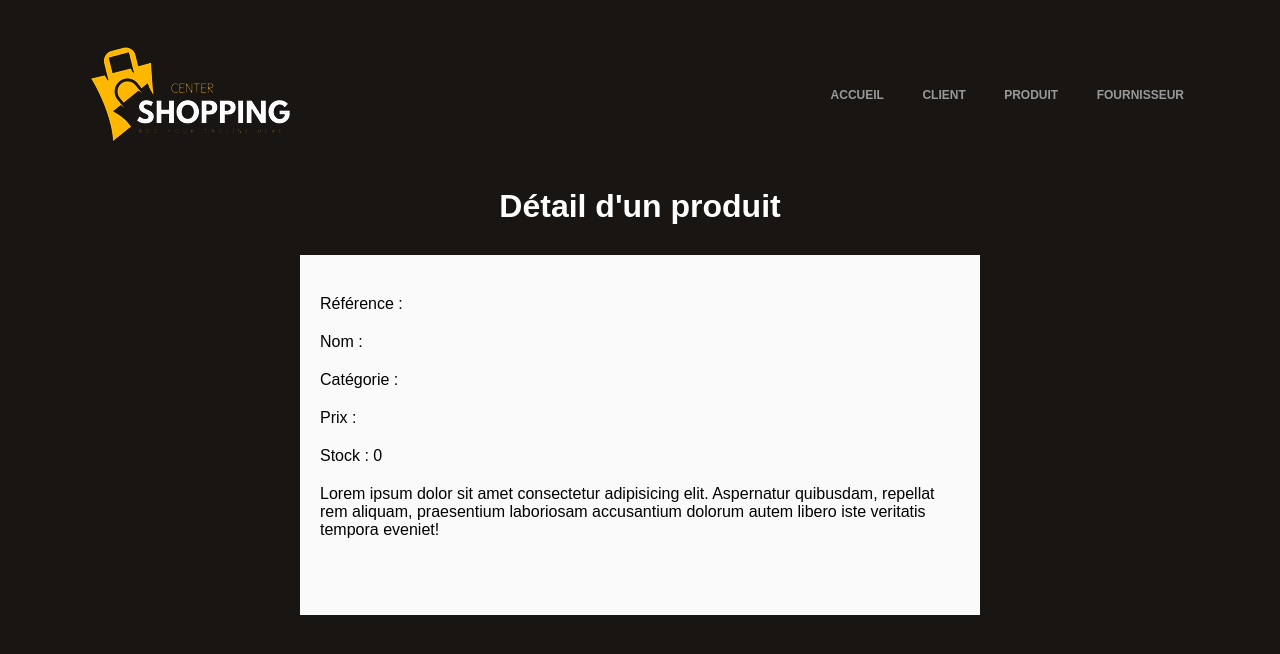
Repository: rayan-stive/e-commerce-symfony
Page: templates/produit/edite.html.twig
An editor plug-in stored every save of this project. The page is shown before and after the next save, followed by the edit.
The browser window is 1280 px wide. The pictures show the whole page.
The page is a Twig template of a Symfony application; nobody is signed in and links lead nowhere. The template is opened directly, without the code that normally fills it, so the values that code supplies are empty.

Above is the page before, as saved 2022-07-08 22:20:43.

After the next save:
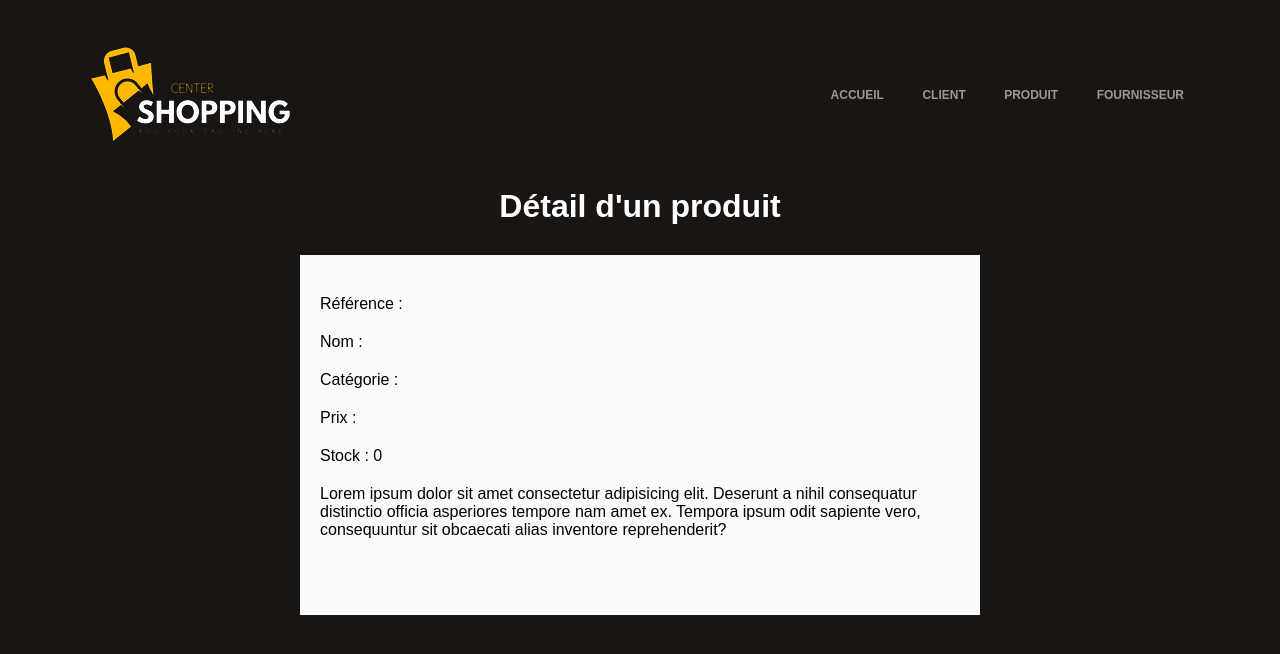
Saved 20 s later.
--- a/templates/produit/edite.html.twig
+++ b/templates/produit/edite.html.twig
@@ -17,7 +17,8 @@
             <p><span> Prix : </span>{{ produit.prix }} </p>
             <p><span> Stock : </span> 0 </p>
             <p>
-                Lorem ipsum dolor sit amet consectetur adipisicing elit. Aspernatur quibusdam, repellat rem aliquam, praesentium laboriosam accusantium dolorum autem libero iste veritatis tempora eveniet!
+                Lorem ipsum dolor sit amet consectetur adipisicing elit. Deserunt a nihil consequatur distinctio officia
+                asperiores tempore nam amet ex. Tempora ipsum odit sapiente vero, consequuntur sit obcaecati alias inventore reprehenderit?
             </p>
         </div>
    </div>
